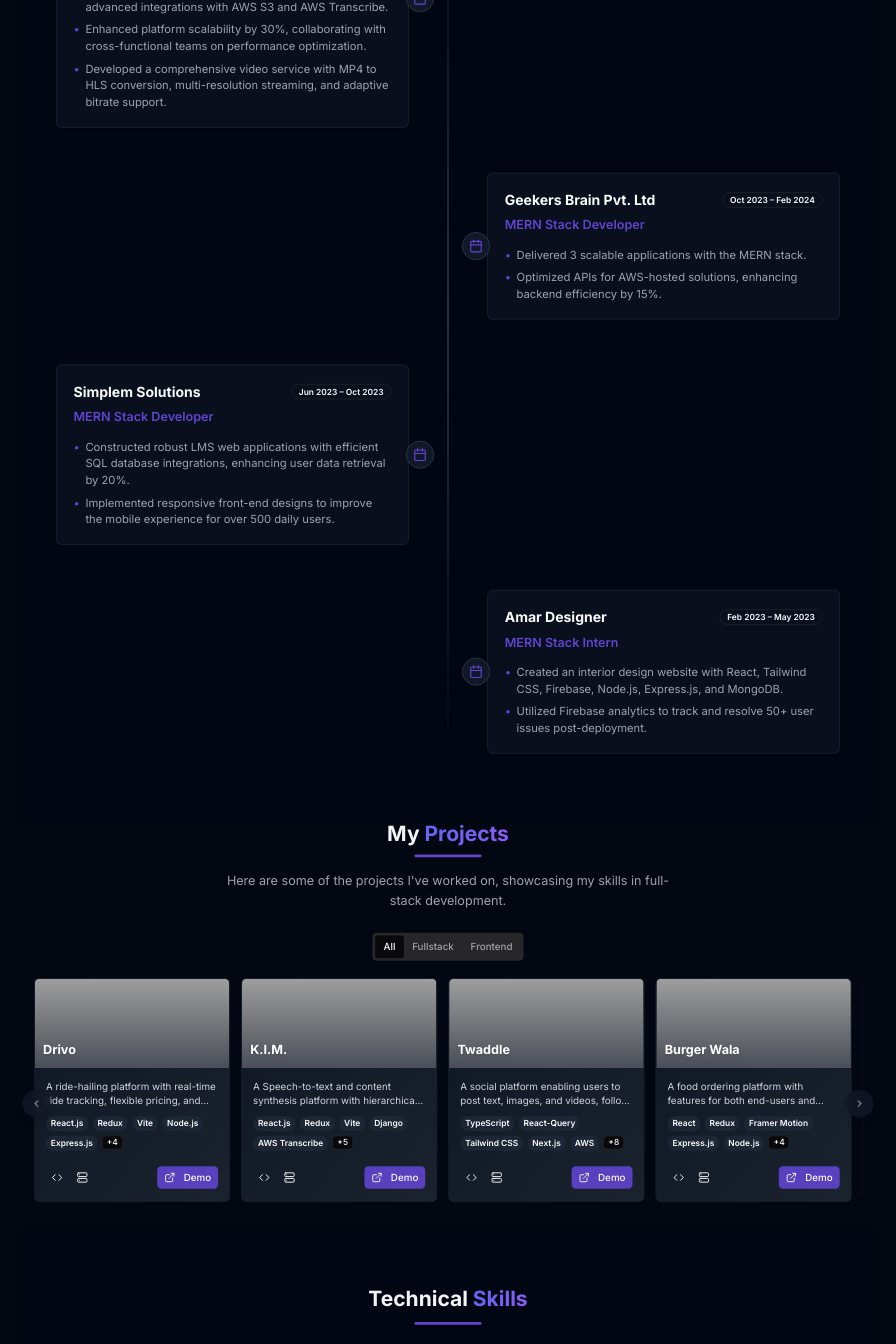
Repository: NoobCoderY/Yash
Page: /
The author's editor kept a copy of each file at every save. The page is drawn from the files as they stood at one save, then again after the next save.
The browser window is 1280 px wide. The pictures show the part of the page from y = 1842 to 3762 px (the page is 5444 px tall), at 70% of full size.
Pictures or frames that could not be fetched are drawn as grey boxes. The project was rebuilt for these pictures with package versions that can differ from the ones it lists, and the page was loaded fresh each time. The framework's server and built-in components were replaced by stand-ins that run in the browser. Also part of the build but not shown: next.config.mjs, app/actions/send-email.ts.

Above is the page before, as saved 2025-08-07 12:03:30.

After the next save:
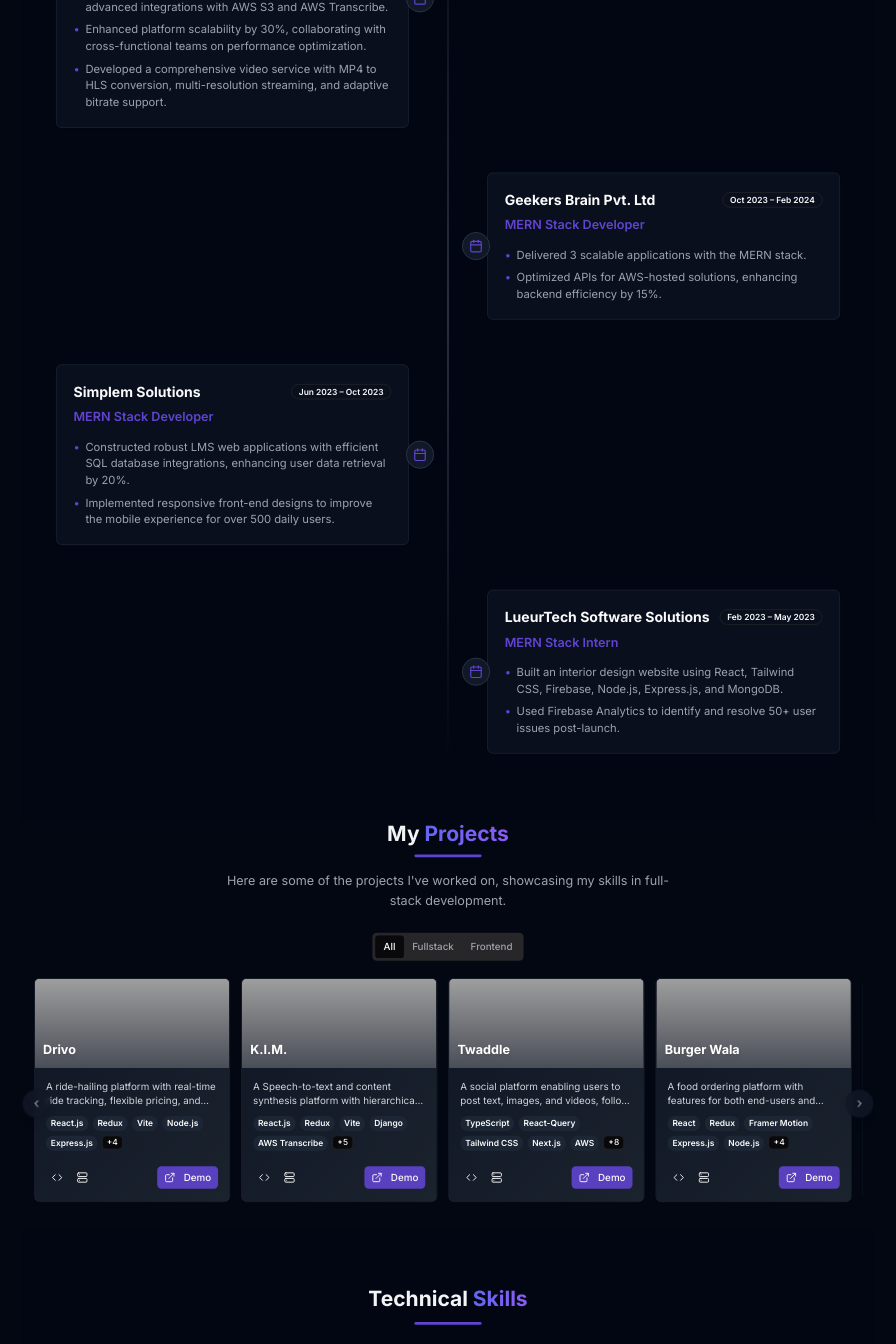
Saved 112 s later.
--- a/components/experience.tsx
+++ b/components/experience.tsx
@@ -42,12 +42,12 @@ export default function Experience() {
       ],
     },
     {
-      company: "Amar Designer",
+      company: "LueurTech Software Solutions",
       position: "MERN Stack Intern",
       period: "Feb 2023 – May 2023",
       description: [
-        "Created an interior design website with React, Tailwind CSS, Firebase, Node.js, Express.js, and MongoDB.",
-        "Utilized Firebase analytics to track and resolve 50+ user issues post-deployment.",
+        "Built an interior design website using React, Tailwind CSS, Firebase, Node.js, Express.js, and MongoDB.",
+        "Used Firebase Analytics to identify and resolve 50+ user issues post-launch.",
       ],
     },
   ]
